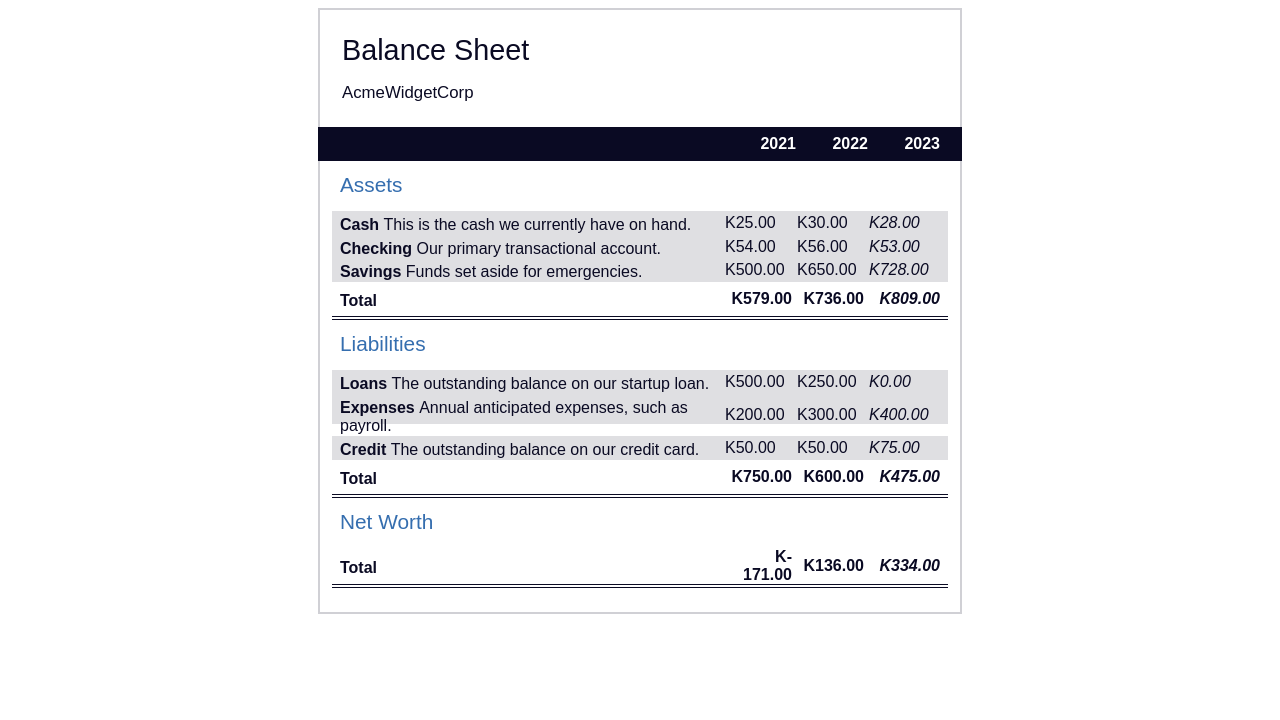
Repository: Lungdjos/balance_shee
Page: index.html
The author's editor kept a copy of each file at every save. The page is drawn from the files as they stood at one save, then again after the next save.
The browser window is 1280 px wide. The pictures show the whole page.

Above is the page before, as saved 2023-11-04 23:31:22.

After the next save:
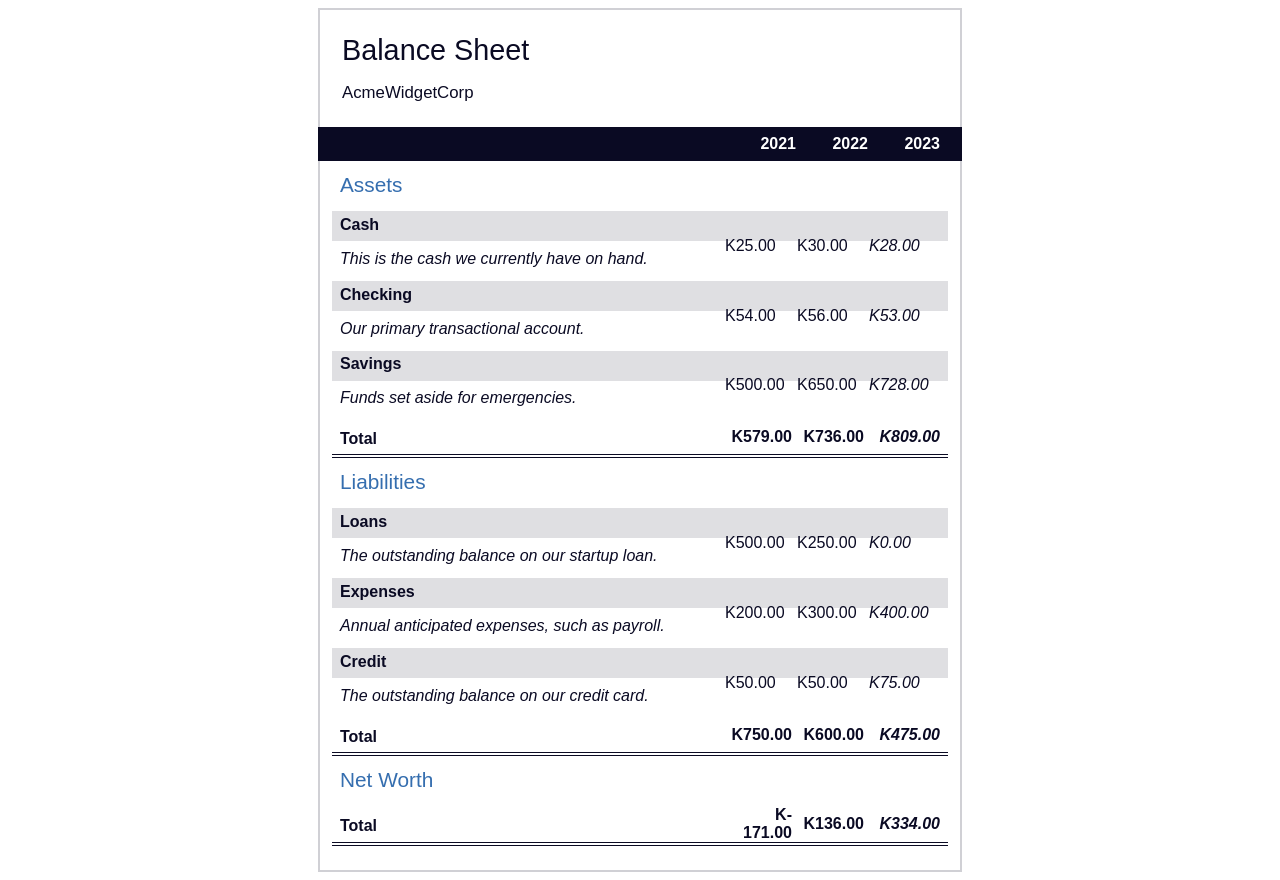
Saved 4 min 32 s later.
--- a/styles.css
+++ b/styles.css
@@ -139,3 +139,11 @@
         padding-top: .3rem;
         padding-left: .5rem;
     }
+
+    tr.data th .description {
+        display: block;
+        font-style: italic;
+        font-weight: normal;
+        padding: 1rem 0 .75rem;
+        margin-right: -13.5rem;
+    }
